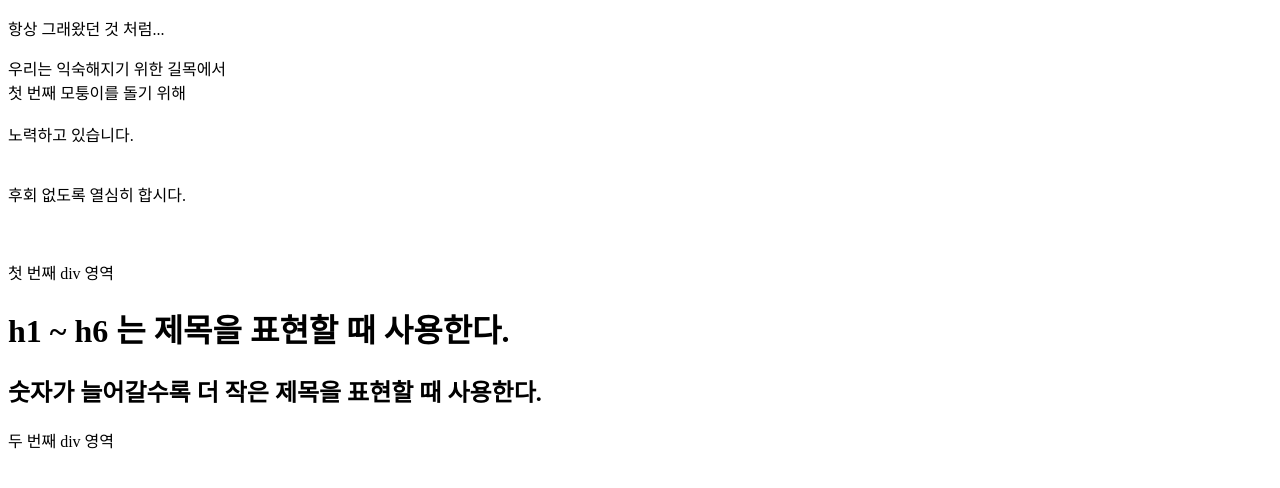
Repository: yhj4130/WebStudy
Page: WebApp01/WebContent/Test001.html
An editor plug-in stored every save of this project. The page is shown before and after the next save, followed by the edit.
The browser window is 1280 px wide. The pictures show the whole page.

Above is the page before, as saved 2019-04-29 07:08:12.

After the next save:
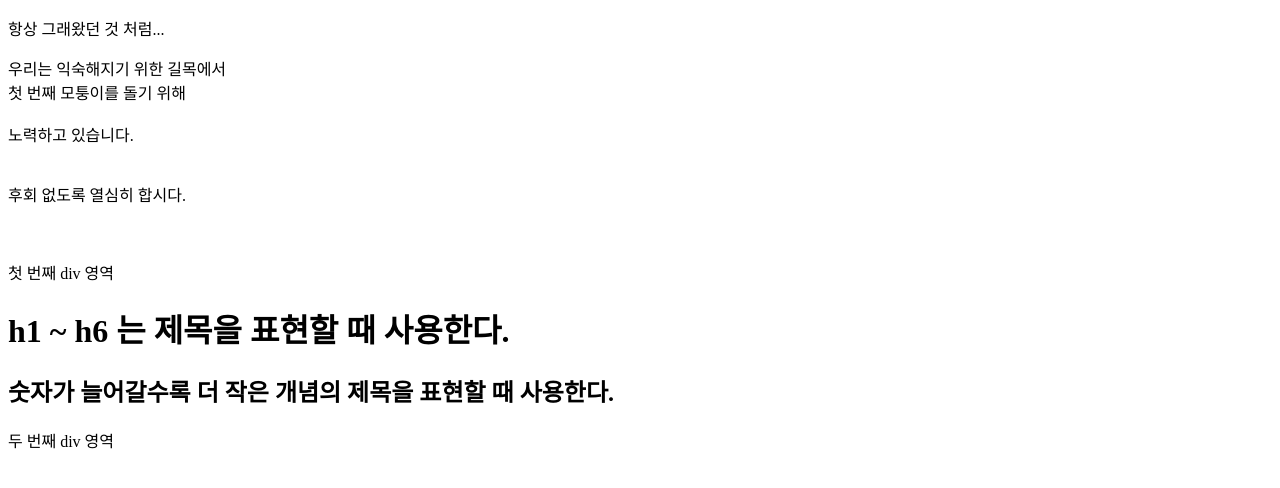
Saved 4 s later.
--- a/WebApp01/WebContent/Test001.html
+++ b/WebApp01/WebContent/Test001.html
@@ -19,7 +19,7 @@
 <div>
 	첫 번째 div 영역<br>
 	<h1>h1 ~ h6 는 제목을 표현할 때 사용한다.</h1>
-	<h2>숫자가 늘어갈수록 더 작은 제목을 표현할 때 사용한다.</h2>
+	<h2>숫자가 늘어갈수록 더 작은 개념의 제목을 표현할 때 사용한다.</h2>
 </div>
 <div>
 	두 번째 div 영역<br>
